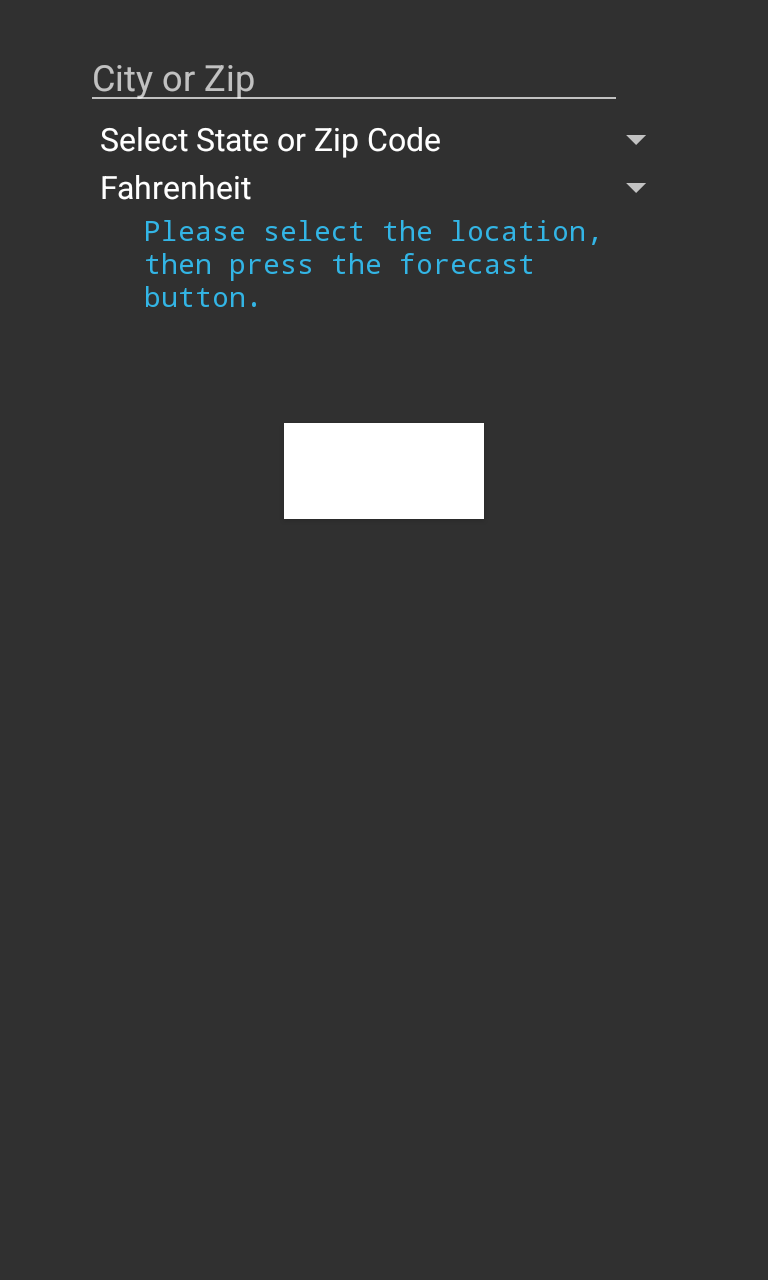
Repository: g80349/Java1
Layout: Week4/Weather/res/layout/activity_main.xml
These files come from the project's save history. The layout is drawn as it stood at one moment and after the next save; the edit follows.
It is drawn on a 768 x 1280 px phone screen (xhdpi) without system bars, with theme Theme.AppCompat; the app's code is not run.

Above is the layout before, as saved 2014-04-30 23:50:29.

After the next save:
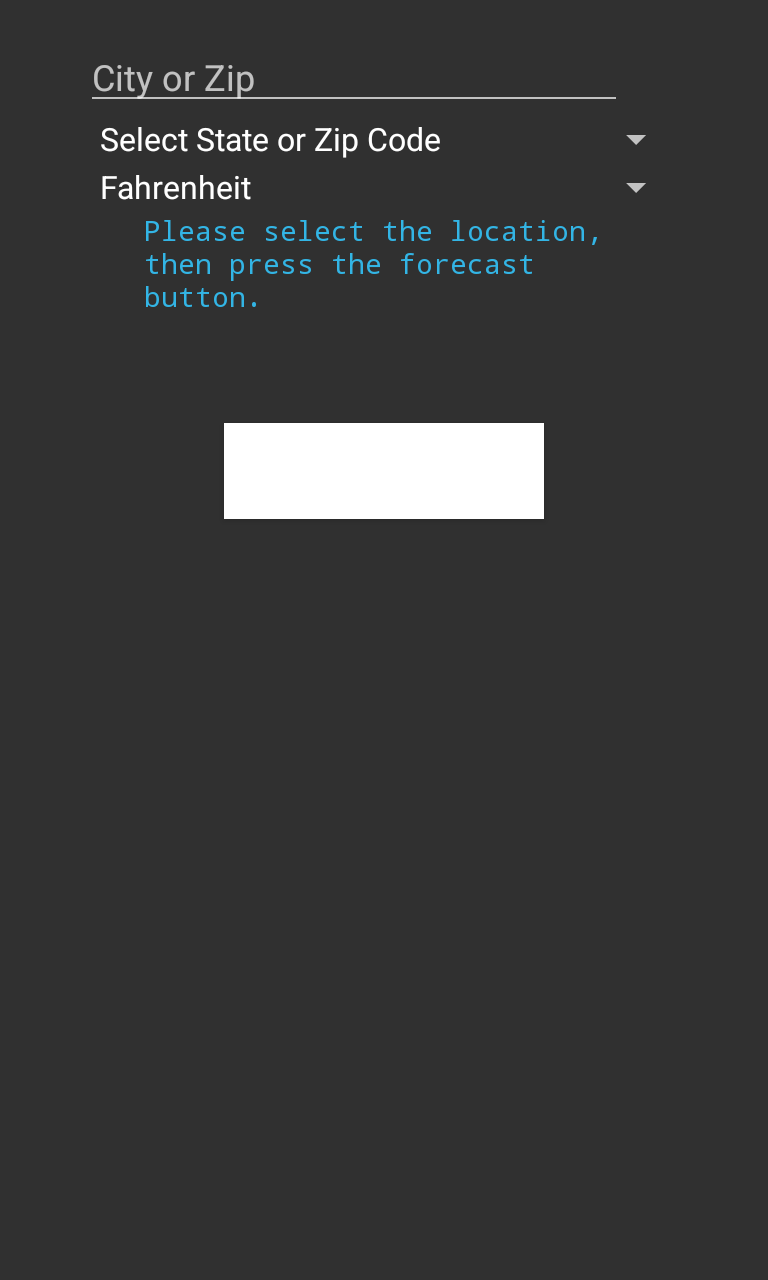
Saved 31 s later.
--- a/Week4/Weather/res/values/styles.xml
+++ b/Week4/Weather/res/values/styles.xml
@@ -24,7 +24,7 @@
 			<item name="android:layout_height">wrap_content</item>
 			<item name="android:background">#FFFFFF</item>
 			<item name="android:typeface">monospace</item>
-			<item name="android:width">100dp</item>
+			<item name="android:width">160dp</item>
 			<item name="android:textColor">#33B5E5</item>
 		</style>
     <!--</style>-->
